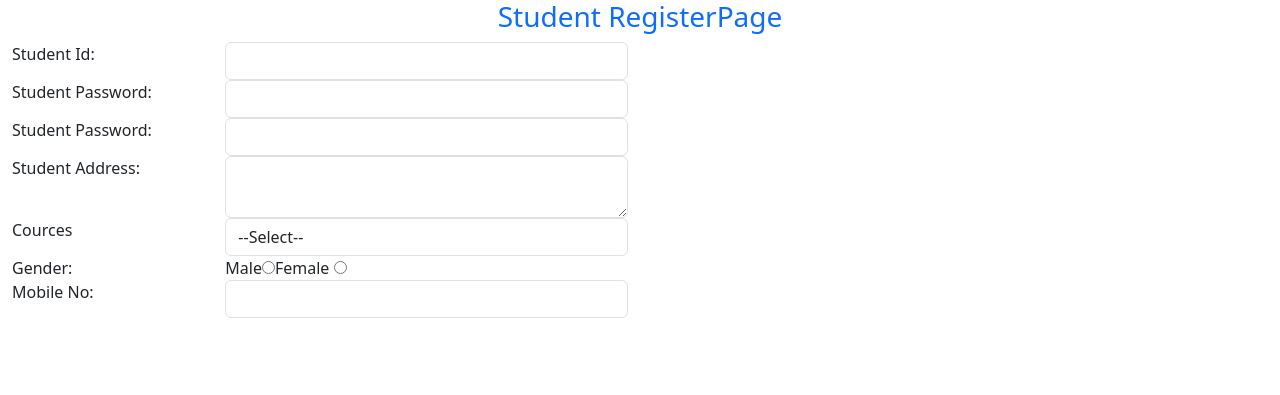
Repository: speaktwojitendra/WareHouseApp
Page: http://localhost/StudentRegister
The author's editor kept a copy of each file at every save. The page is drawn from the files as they stood at one save, then again after the next save.
The browser window is 1280 px wide. The pictures show the whole page.
The page is this project's Thymeleaf template; nobody is signed in. The template is opened directly, without the code that normally fills it, so the values that code supplies are empty.

Above is the page before, as saved 2026-01-11 10:11:18.

### student1App/src/main/resources/templates/StudentRegister.html
<!DOCTYPE html>
<html>
<head>
<meta charset="UTF-8">
<link rel="stylesheet" href="https://cdn.jsdelivr.net/npm/bootstrap@5.3.3/dist/css/bootstrap.min.css" integrity="sha384-QWTKZyjpPEjISv5WaRU9OFeRpok6YctnYmDr5pNlyT2bRjXh0JMhjY6hW+ALEwIH" crossorigin="anonymous">
<title>Insert title here</title>
</head>
<body>
<h3  class="text-center text-primary">Student RegisterPage</h3>

<div class="container-fluid">

<div class="row">
<div class="col-2">Student Id:</div>
<div class="col-4"> <input type="text" name="id" class="form-control">  </div>
<div class="col-6" id="iderr"></div>

</div>



<div class="row">
<div class="col-2">Student Password:</div>
<div class="col-4"> <input type="text" name="password" class="form-control">  </div>
<div class="col-6" id="passerr"></div>

</div>


<div class="row">
<div class="col-2">Student Password:</div>
<div class="col-4"> <input type="text" name="name" class="form-control">  </div>
<div class="col-6" id="nameerr"></div>

</div>


<div class="row">
<div class="col-2">Student Address:</div>
<div class="col-4"> <textarea rows="" cols="" name="address" class="form-control"></textarea>  </div>
<div class="col-6" id="iderr"></div></div>


<div class="row">
<div class="col-2">Cources</div>
<div class="col-4"> <select name="cource" class="form-control" >
<option value="-1">--Select--</option>
<option value="Java">Java</option>
<option value=".Net">.Net</option>
<option value="UI">Ui</option>
<option value="Python">Python</option>

</select></div>
<div class="col-6" id="iderr"></div></div>
<div class="row">
<div class="col-2">Gender:</div>
<div class="col-4"> Male<input type="radio" name="gender" value="male">Female <input type="radio" name="gender" value="female" ></div>
<div class="col-6" id="iderr"></div></div>


<div class="row">
<div class="col-2">Mobile No:</div>
<div class="col-4"> <input type="number" name="contact" class="form-control">  </div>
<div class="col-6" id="nameerr"></div>

</div>

</div>
</body>
</html>

After the next save:
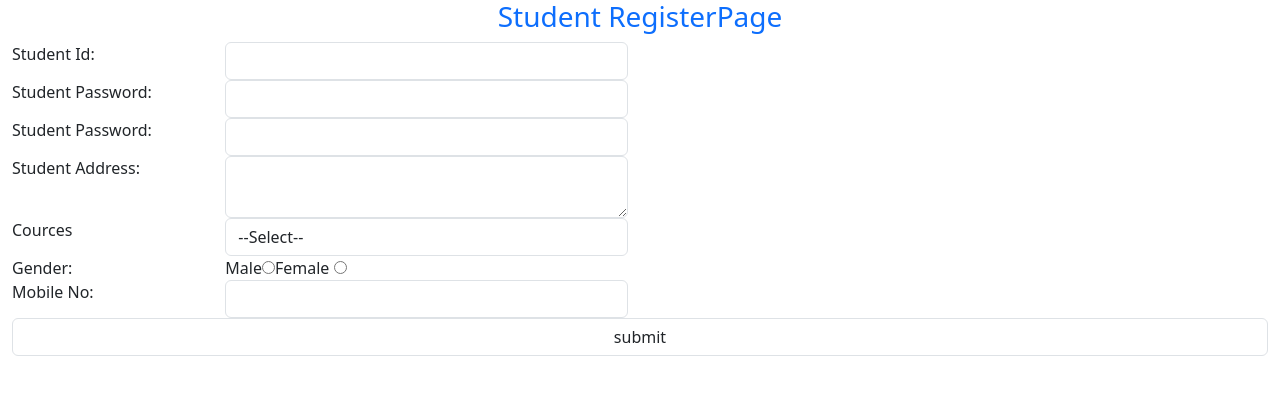
Saved 23 min 8 s later.
--- a/student1App/src/main/resources/templates/StudentRegister.html
+++ b/student1App/src/main/resources/templates/StudentRegister.html
@@ -9,6 +9,9 @@
 <h3  class="text-center text-primary">Student RegisterPage</h3>
 
 <div class="container-fluid">
+
+
+<form action="/student/save" method="post">
 
 <div class="row">
 <div class="col-2">Student Id:</div>
@@ -65,6 +68,13 @@
 
 </div>
 
+
+<input type=submit value=submit class="form-control">
+
+
+
+</form>
+
 </div>
 </body>
 </html>
